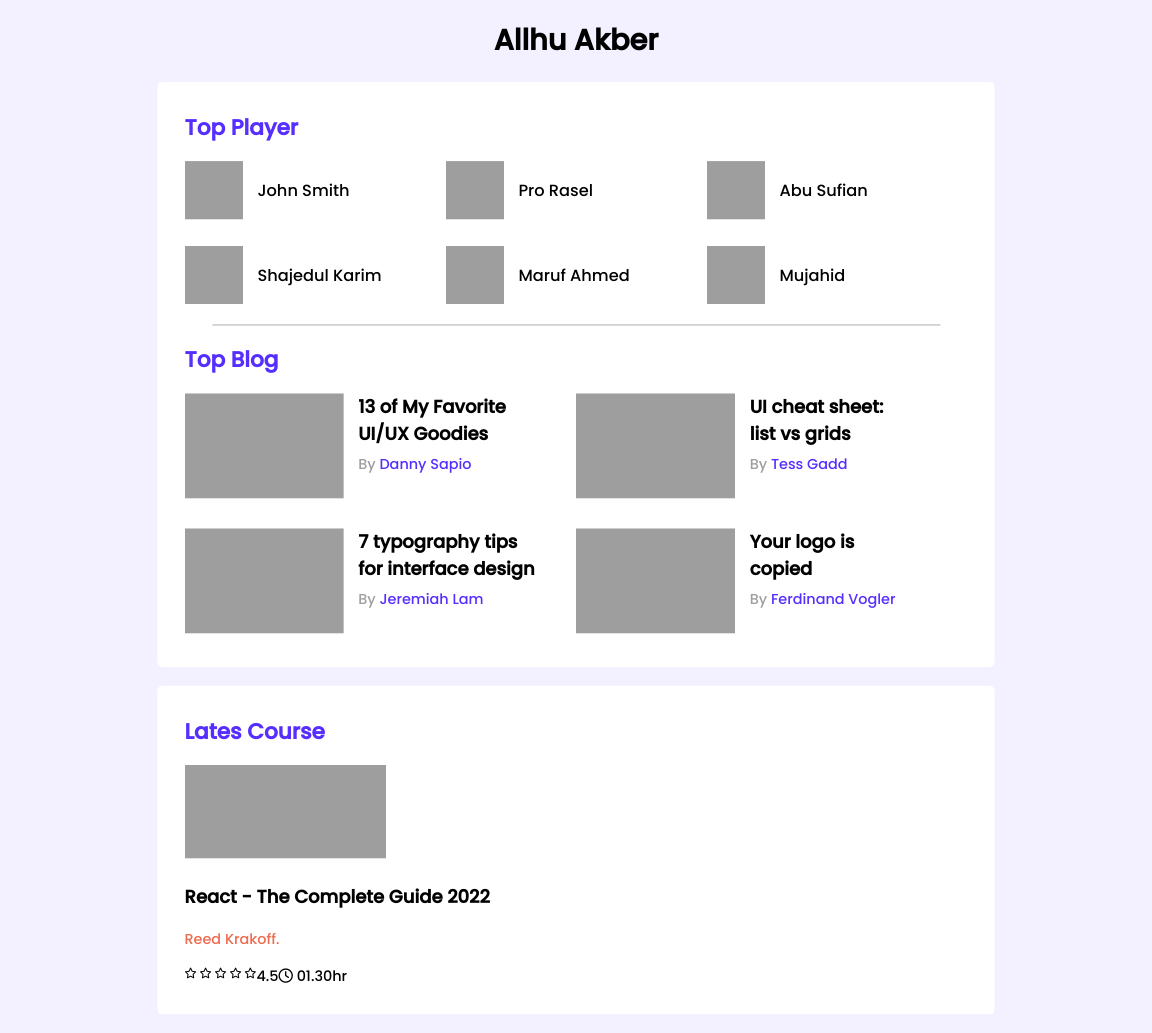
Repository: zjria/leader-board
Page: index.html
An editor plug-in stored every save of this project. The page is shown before and after the next save, followed by the edit.
The browser window is 1280 px wide. The pictures show the whole page, at 90% of full size.
Pictures or frames that could not be fetched are drawn as grey boxes.

Above is the page before, as saved 2022-09-04 10:11:33.

After the next save:
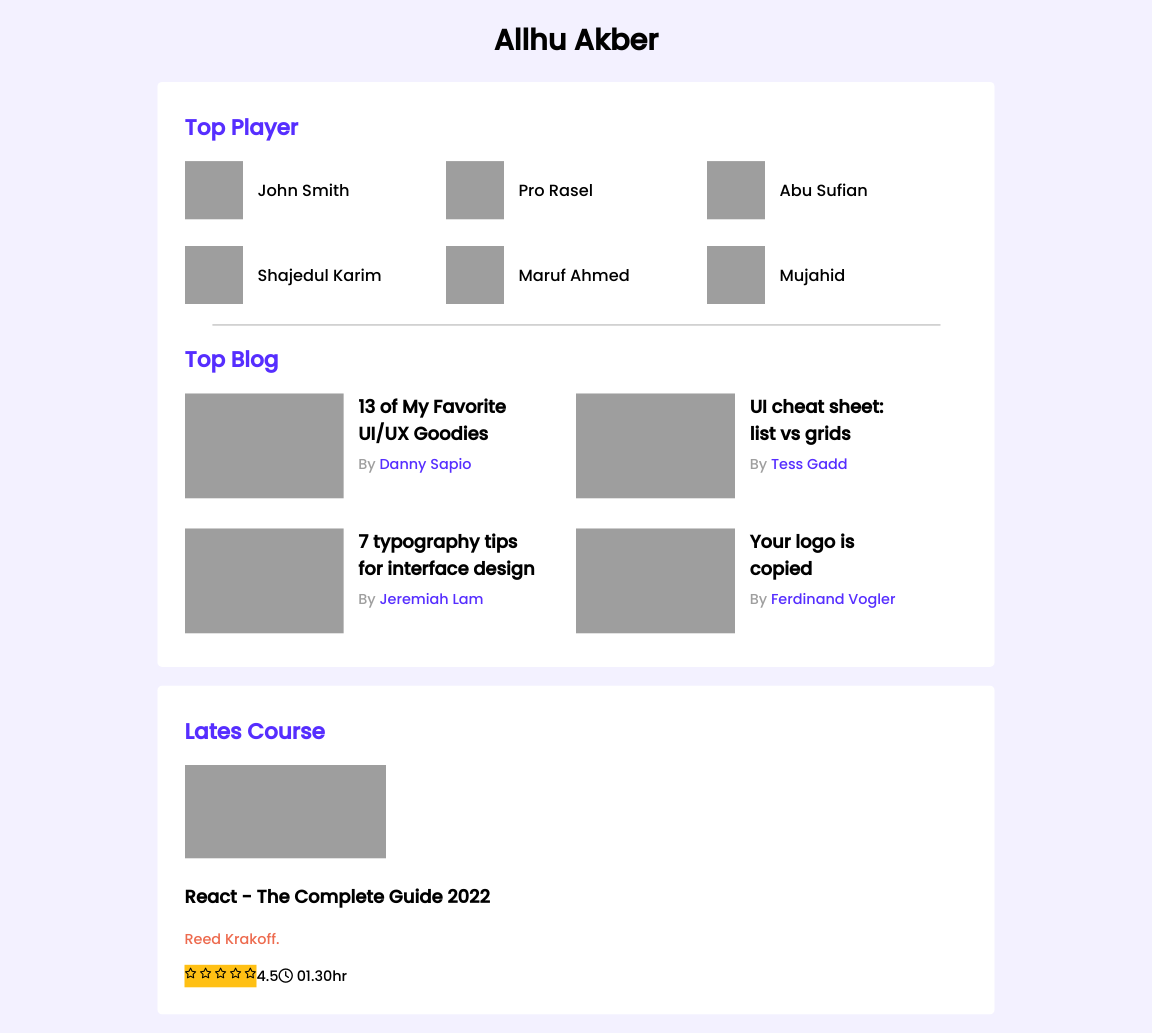
Saved 11 s later.
--- a/style/style.css
+++ b/style/style.css
@@ -130,4 +130,5 @@ h2.section-title {
 
 .course-info .star-icon {
     font-size: 12px;
+    background: #FFC014;
 }
